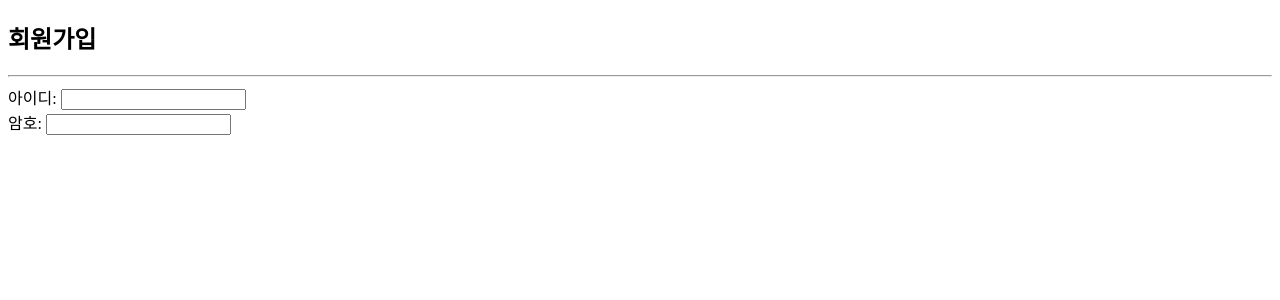
Repository: Jin0207/jsp
Page: http://localhost/day1213/inputMember.jsp
The author's editor kept a copy of each file at every save. The page is drawn from the files as they stood at one save, then again after the next save.
The browser window is 1280 px wide. The pictures show the whole page.
The page is served by Tomcat 9.

Above is the page before, as saved 2021-12-13 06:10:47.

After the next save:
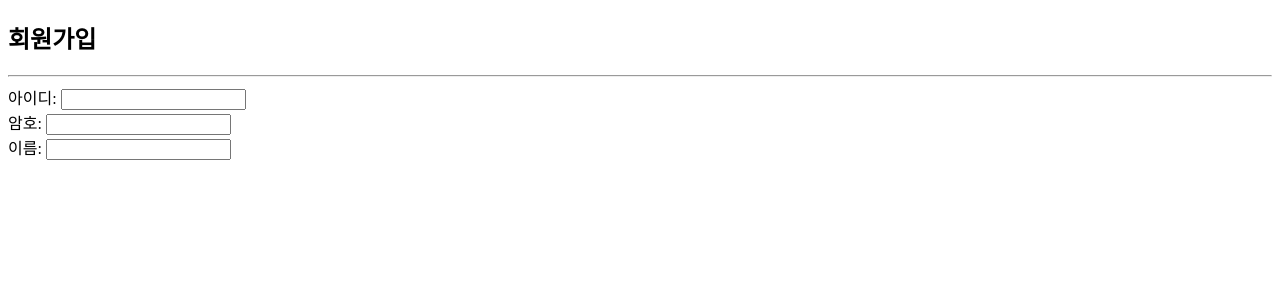
Saved 22 s later.
--- a/day1213/src/main/webapp/inputMember.jsp
+++ b/day1213/src/main/webapp/inputMember.jsp
@@ -11,7 +11,9 @@
 	<hr>
 	<form action="inputMemberOK.jsp" method="post">
 		아이디: <input type="text" name="id"><br>
-		암호: <input type="password" name="pwd">
+		암호: <input type="password" name="pwd"><br>
+		이름: <input type="text" name="name">
+
 	</form>
 </body>
 </html>
